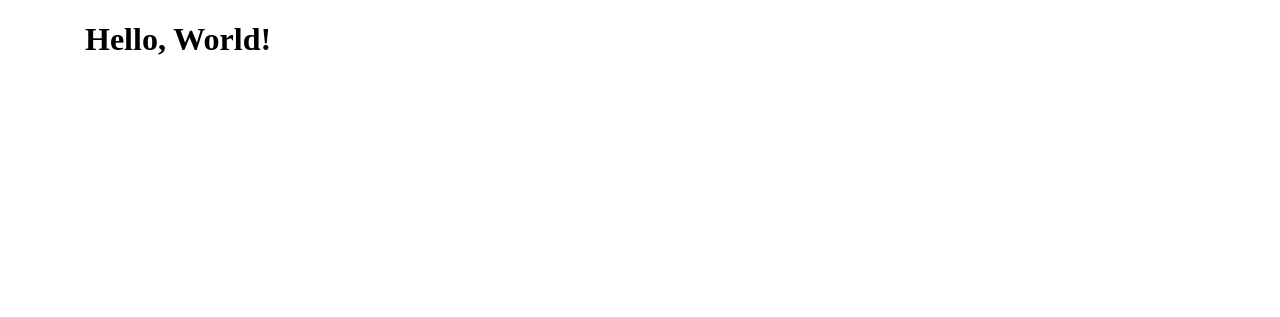
Repository: deividwsantoss/WEBD6201-W2021-Week1-lab1
Page: index.html
An editor plug-in stored every save of this project. The page is shown before and after the next save, followed by the edit.
The browser window is 1280 px wide. The pictures show the whole page.

Above is the page before, as saved 2021-02-01 19:59:37.

### index.html
<!DOCTYPE html>
<html lang="en">
<head>
    <meta charset="UTF-8">
    <meta name="viewport" content="width=device-width, initial-scale=1.0">
    <title>Hello, World!</title>
    <!-- CSS SEction -->
    <link rel="stylesheet" href="./node_modules/bootstrap/dist/css/bootstrap-grid.min.css">
    <link rel="stylesheet" href="./node_modules/@fortawesome/fontawesome-free/css/all.min.css">
    <link rel="stylesheet" href="./Content/app.css">
</head>
<body>
        <div class="container">
            <h1>Hello, World!</h1>
        </div>


    <!-- JavaScript Section -->
        <script src="./node_modules/jquery/dist/jquery.min.js"></script>
        <script src="./node_modules/bootstrap/dist/js/bootstrap.bundle.min.js"></script>
        <script src="./Scripts/app.js"></script>
</body>
</html>

### Content/app.css
/* Custom css goes here */

### Scripts/app.js
/* Custom scripts goes here */

//IIFE - Immediately invoked function expression
//AKA: Anonymous Self-Executing Function

(function()
{

    //initialization function
    function Start()
    {
        console.log("App Started...");
    }

    //event listener
    window.addEventListener("load",Start);

})();

Loaded but not shown: node_modules/bootstrap/dist/css/bootstrap-grid.min.css (library); node_modules/@fortawesome/fontawesome-free/css/all.min.css (library); node_modules/jquery/dist/jquery.min.js (library); node_modules/bootstrap/dist/js/bootstrap.bundle.min.js (library)

After the next save:
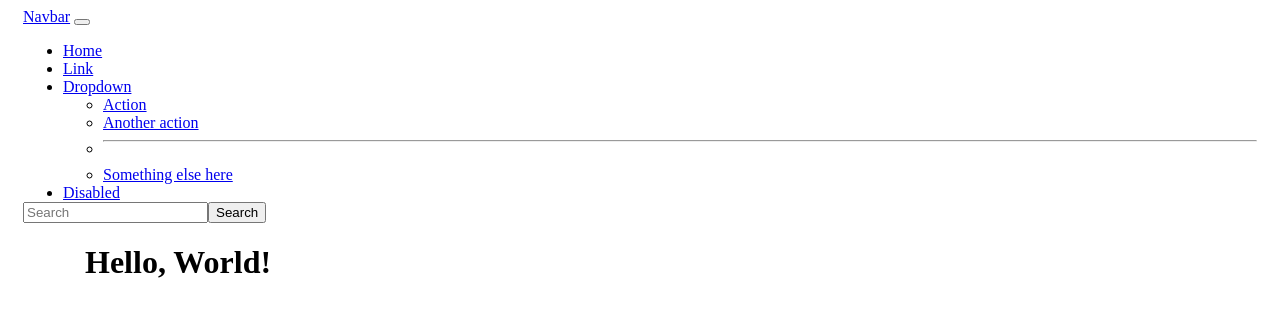
Saved 75 s later.
--- a/index.html
+++ b/index.html
@@ -10,6 +10,44 @@
     <link rel="stylesheet" href="./Content/app.css">
 </head>
 <body>
+
+    <nav class="navbar navbar-expand-lg navbar-light bg-light">
+        <div class="container-fluid">
+          <a class="navbar-brand" href="#">Navbar</a>
+          <button class="navbar-toggler" type="button" data-bs-toggle="collapse" data-bs-target="#navbarSupportedContent" aria-controls="navbarSupportedContent" aria-expanded="false" aria-label="Toggle navigation">
+            <span class="navbar-toggler-icon"></span>
+          </button>
+          <div class="collapse navbar-collapse" id="navbarSupportedContent">
+            <ul class="navbar-nav me-auto mb-2 mb-lg-0">
+              <li class="nav-item">
+                <a class="nav-link active" aria-current="page" href="#">Home</a>
+              </li>
+              <li class="nav-item">
+                <a class="nav-link" href="#">Link</a>
+              </li>
+              <li class="nav-item dropdown">
+                <a class="nav-link dropdown-toggle" href="#" id="navbarDropdown" role="button" data-bs-toggle="dropdown" aria-expanded="false">
+                  Dropdown
+                </a>
+                <ul class="dropdown-menu" aria-labelledby="navbarDropdown">
+                  <li><a class="dropdown-item" href="#">Action</a></li>
+                  <li><a class="dropdown-item" href="#">Another action</a></li>
+                  <li><hr class="dropdown-divider"></li>
+                  <li><a class="dropdown-item" href="#">Something else here</a></li>
+                </ul>
+              </li>
+              <li class="nav-item">
+                <a class="nav-link disabled" href="#" tabindex="-1" aria-disabled="true">Disabled</a>
+              </li>
+            </ul>
+            <form class="d-flex">
+              <input class="form-control me-2" type="search" placeholder="Search" aria-label="Search">
+              <button class="btn btn-outline-success" type="submit">Search</button>
+            </form>
+          </div>
+        </div>
+      </nav>
+
         <div class="container">
             <h1>Hello, World!</h1>
         </div>
